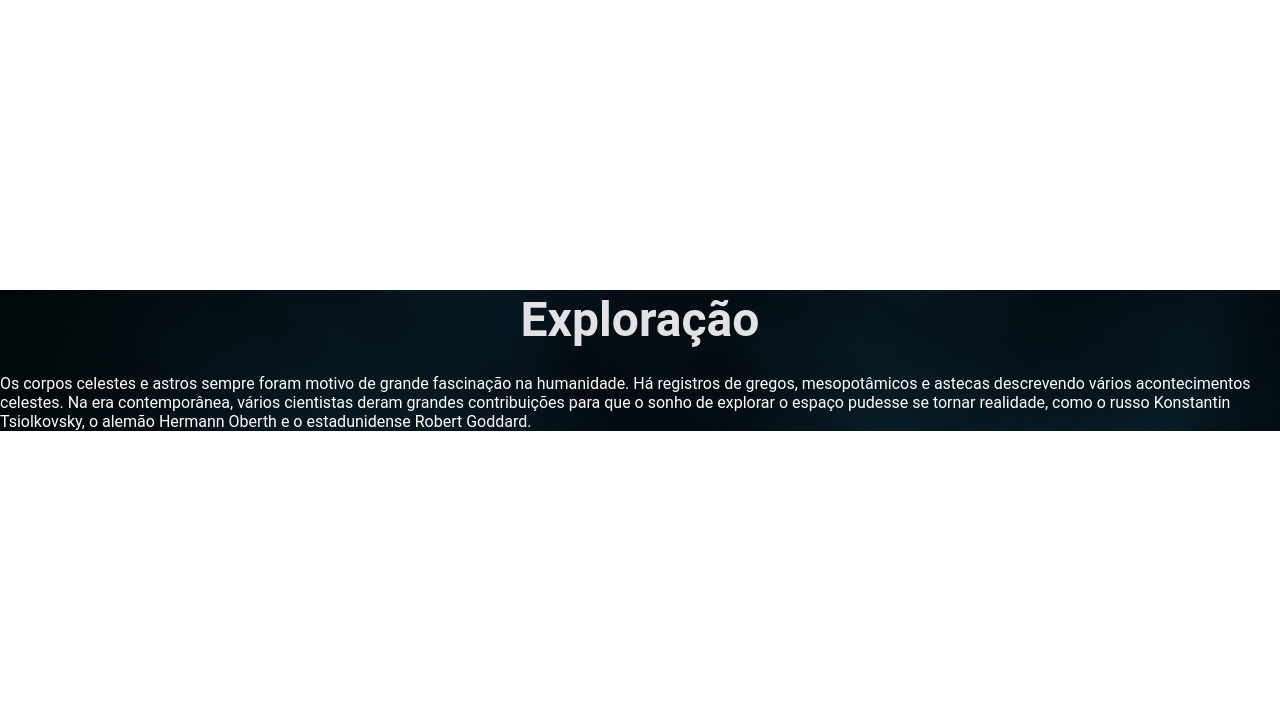
Repository: eltonneiferson/spaUniverse
Page: exploration.html
The author's editor kept a copy of each file at every save. The page is drawn from the files as they stood at one save, then again after the next save.
The browser window is 1280 px wide. The pictures show the whole page.

Above is the page before, as saved 2022-10-26 23:07:51.

After the next save:
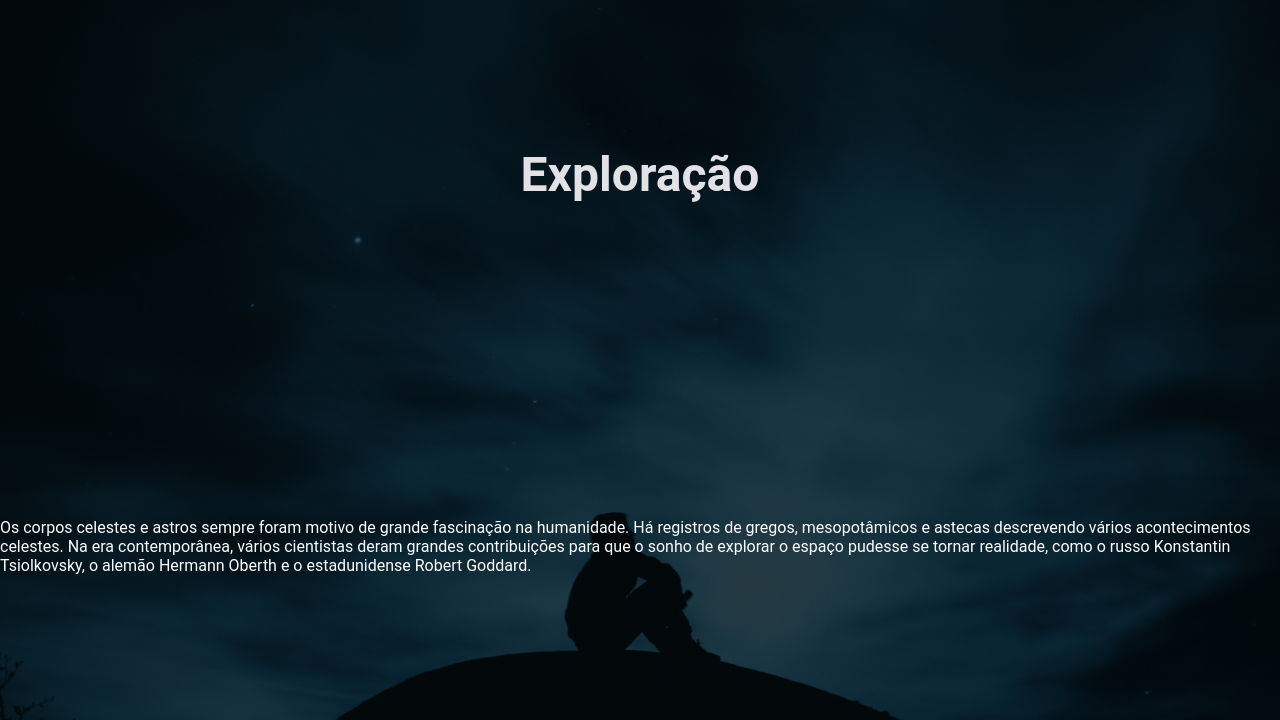
Saved 7 s later.
--- a/index.css
+++ b/index.css
@@ -40,6 +40,10 @@ nav a:hover {
 }
 
 main {
+    min-height: 100vh;
+    background-image: url(bkg1.png);
+    background-position: bottom;
+    background-size: cover;
     display: grid;
     gap: 24px;
     place-items: center;
